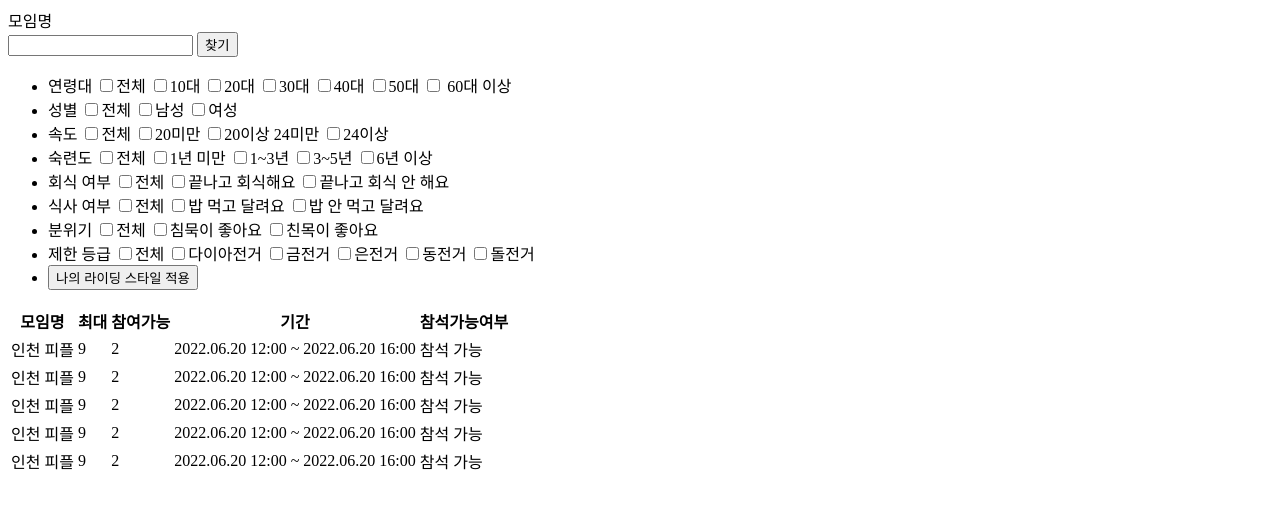
Repository: onpul/TEAM1
Page: http://localhost/Riding/mj/RidingList.jsp
The author's editor kept a copy of each file at every save. The page is drawn from the files as they stood at one save, then again after the next save.
The browser window is 1280 px wide. The pictures show the whole page.
The page is served by Tomcat 9.

Above is the page before, as saved 2022-06-04 10:45:33.

After the next save:
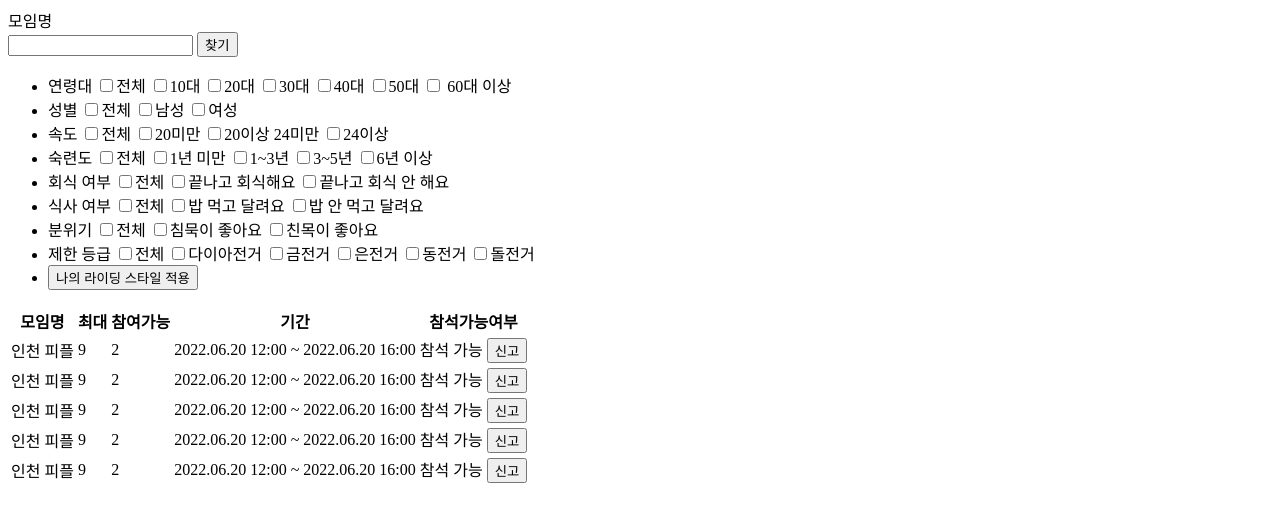
Saved 46 s later.
--- a/Riding/WebContent/mj/RidingList.jsp
+++ b/Riding/WebContent/mj/RidingList.jsp
@@ -82,35 +82,45 @@
 			<td>9</td>
 			<td>2</td>
 			<td>2022.06.20 12:00 ~ 2022.06.20 16:00</td>
-			<td>참석 가능</td>
+			<td>참석 가능
+				<input type="button" value="신고"/>
+			</td>
 		</tr>
 		<tr>
 			<td>인천 피플</td>
 			<td>9</td>
 			<td>2</td>
 			<td>2022.06.20 12:00 ~ 2022.06.20 16:00</td>
-			<td>참석 가능</td>
+			<td>참석 가능
+				<input type="button" value="신고"/>
+			</td>
 		</tr>
 		<tr>
 			<td>인천 피플</td>
 			<td>9</td>
 			<td>2</td>
 			<td>2022.06.20 12:00 ~ 2022.06.20 16:00</td>
-			<td>참석 가능</td>
+			<td>참석 가능
+				<input type="button" value="신고"/>
+			</td>
 		</tr>
 		<tr>
 			<td>인천 피플</td>
 			<td>9</td>
 			<td>2</td>
 			<td>2022.06.20 12:00 ~ 2022.06.20 16:00</td>
-			<td>참석 가능</td>
+			<td>참석 가능
+				<input type="button" value="신고"/>
+			</td>
 		</tr>
 		<tr>
 			<td>인천 피플</td>
 			<td>9</td>
 			<td>2</td>
 			<td>2022.06.20 12:00 ~ 2022.06.20 16:00</td>
-			<td>참석 가능</td>
+			<td>참석 가능
+				<input type="button" value="신고"/>
+			</td>
 		</tr>
 	</table>
 </div>
